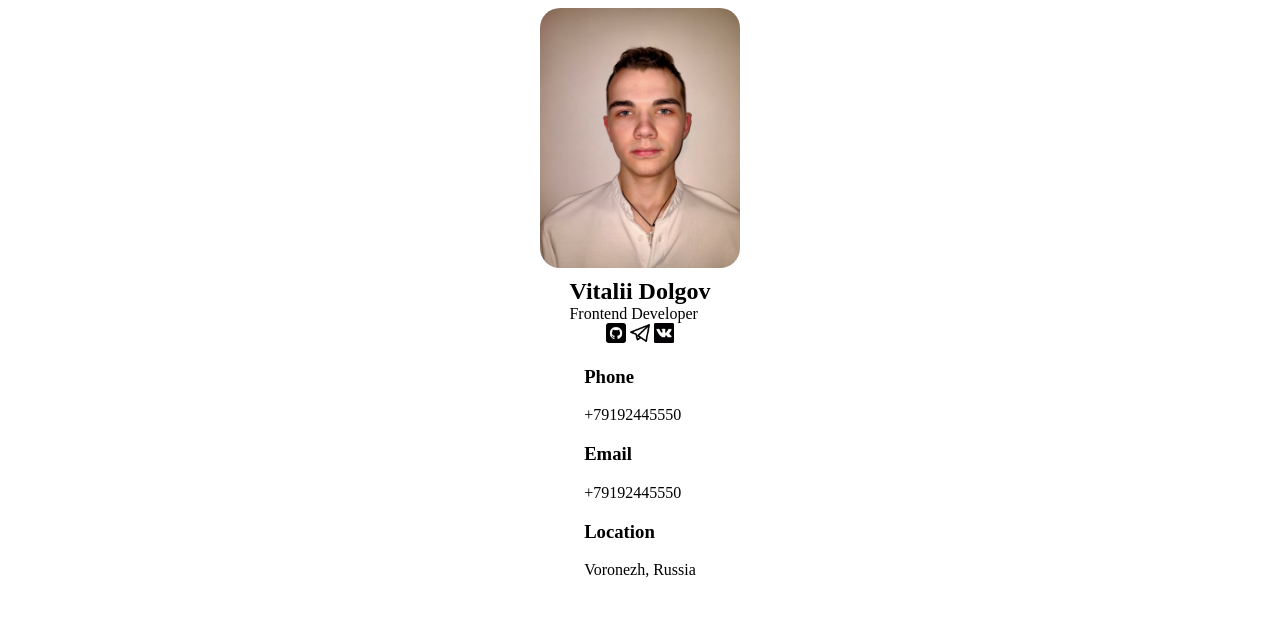
Repository: VitasYo/User_card
Page: src/index.html
These files come from the project's save history. The page is drawn as it stood at one moment and after the next save; the edit follows.
The browser window is 1280 px wide. The pictures show the whole page.

Above is the page before, as saved 2024-04-09 19:18:23.

### src/index.html
<!DOCTYPE html>
<html lang="ru">
  <head>
    <meta charset="UTF-8" />
    <meta name="viewport" content="width=device-width, initial-scale=1.0" />
    <title>First html</title>
    <link rel="stylesheet" href="../assets/css/index.css" />
    <script src="script.js"></script>
  </head>
  <body>
    <section class="container">
      <img class="avatar" src="../assets/img/Фото.jpg" alt="" />
      <div class="user-info">
        <h1>Vitalii Dolgov</h1>
        <div>Frontend Developer</div>
      </div>
      <div>
        <a href="#"
          ><img class="icon" src="../assets/img/github.png" alt="github"
        /></a>
        <a href="#"
          ><img class="icon" src="../assets/img/telegram.png" alt="telegram"
        /></a>
        <a href="#"><img class="icon" src="../assets/img/vk.png" alt="vk" /></a>
      </div>
      <div>
        <div>
          <a href=""></a>
          <div><h3>Phone</h3></div>
          <div><p>+79192445550</p></div>
        </div>
        <div>
          <a href=""></a>
          <div><h3>Email</h3></div>
          <div><p>+79192445550</p></div>
        </div>
        <div>
          <a href=""></a>
          <div><h3>Location</h3></div>
          <div><p>Voronezh, Russia</p></div>
        </div>
      </div>
    </section>
  </body>
</html>

### assets/css/index.css
.container h1 {
  margin-top: 10px;
  margin-bottom: 0;
}
.container {
  display: flex;
  flex-direction: column;
  align-items: center;
}

.avatar {
  width: 200px;
  height: 260px;
  border-radius: 20px;
}

.user-info {
  margin-bottom: ;
}

.icon {
  width: 20px;
  height: 20px;
}

Loaded but not shown: src/script.js (no stored copy; drawn as an empty file)

After the next save:
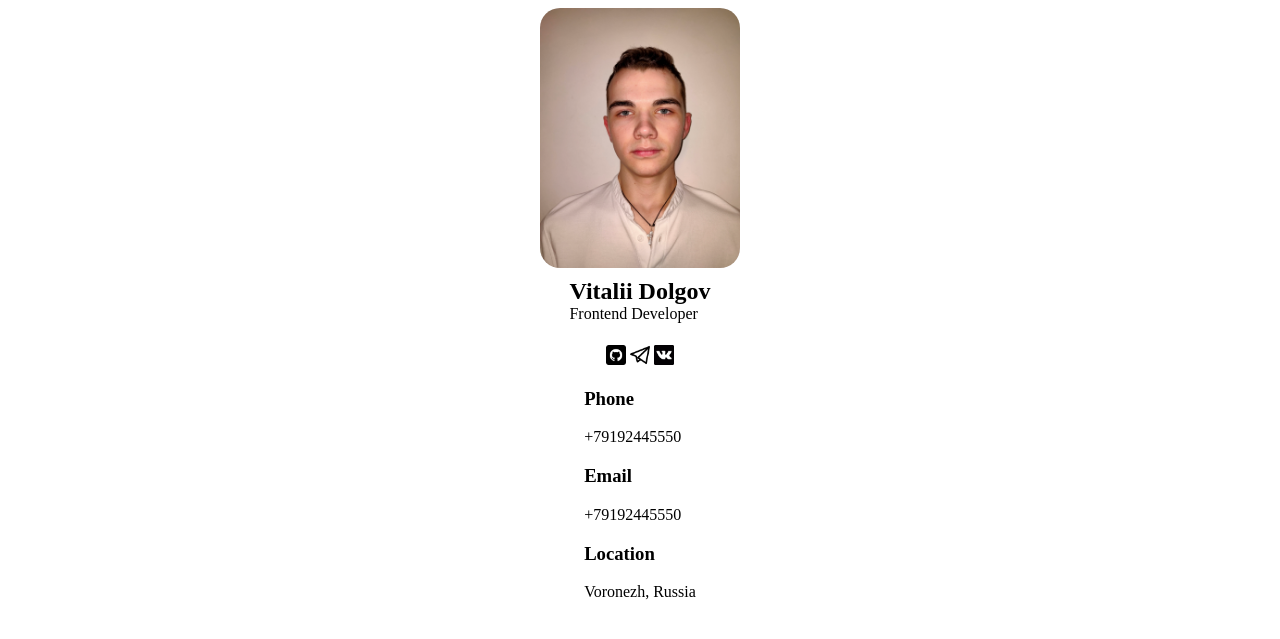
Saved 7 s later.
--- a/assets/css/index.css
+++ b/assets/css/index.css
@@ -15,7 +15,7 @@
 }
 
 .user-info {
-  margin-bottom: ;
+  margin-bottom: 22px;
 }
 
 .icon {
